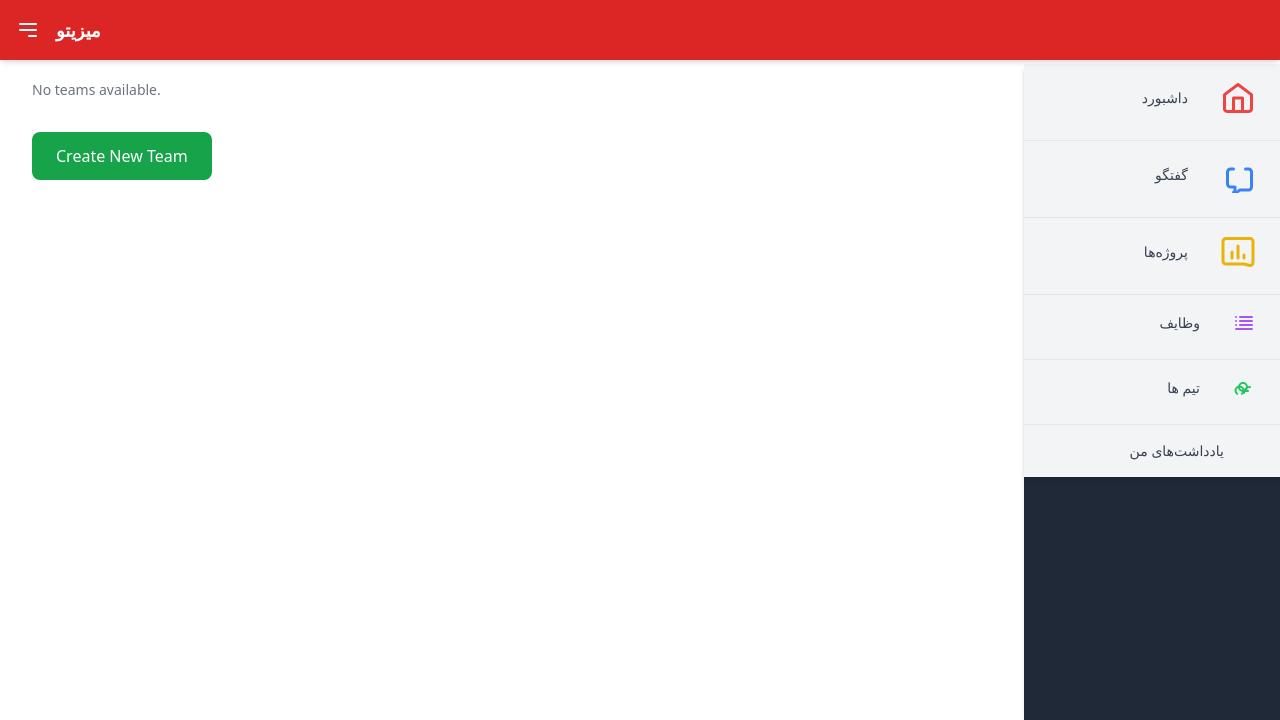
Repository: spnovaa/work-hive
Page: /teams (app in front_end/)
These files come from the project's save history. The page is drawn as it stood at one moment and after a run of saves; the edit follows.
The browser window is 1280 px wide. The pictures show the whole page.
The page's requests for data from a server got no answer. The project was rebuilt for these pictures with package versions that can differ from the ones it lists, and the page was loaded fresh each time. No one was signed in, and anything a server would have sent is missing. Also part of the build but not shown: front_end/src/api/auth.js, front_end/src/components/loadingSpinner.jsx, front_end/src/pages/login.jsx, front_end/src/pages/registration.jsx, front_end/src/components/profile/profileSettingsModal.jsx, front_end/src/components/profile/dropdown.jsx, front_end/src/components/profile/profileSection.jsx, front_end/src/pages/home.jsx and 10 more.

Above is the page before, as saved 2025-01-18 14:18:43.

After the next 2 saves:
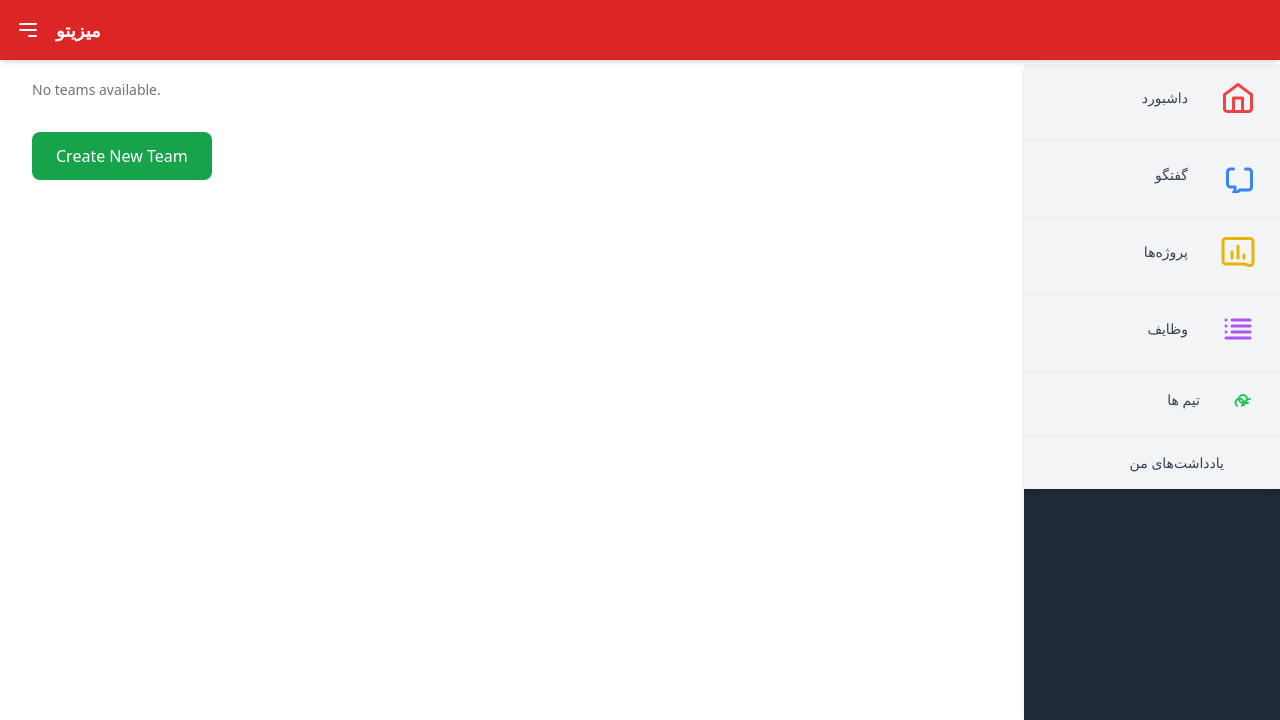
The 2 saves are shown as one change because they came seconds apart.
The last was saved 23 s later.
--- a/front_end/src/components/dashboardSidebar.jsx
+++ b/front_end/src/components/dashboardSidebar.jsx
@@ -98,7 +98,7 @@ function DashboardSidebar() {
                icon={
                 <svg
                   xmlns="http://www.w3.org/2000/svg"
-                  className="h-6 w-6 text-purple-500"
+                  className="h-9 w-9 text-purple-500"
                   fill="none"
                   viewBox="0 0 24 24"
                   stroke="currentColor"
